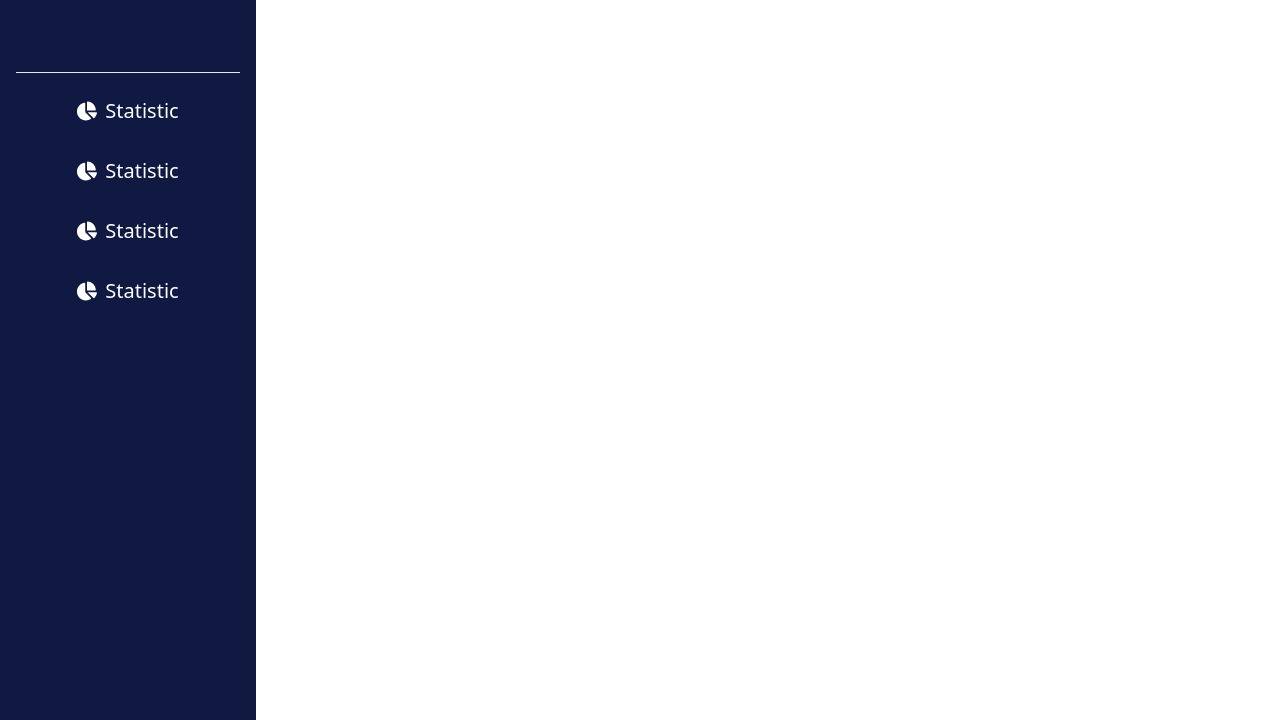
Repository: huynhvanngoan/COMP1640FE-Template
Page: /admin
The author's editor kept a copy of each file at every save. The page is drawn from the files as they stood at one save, then again after the next save.
The browser window is 1280 px wide. The pictures show the whole page.
The project was rebuilt for these pictures with package versions that can differ from the ones it lists, and the page was loaded fresh each time. Also part of the build but not shown: src/components/buttonStyles.js, src/pages/LoginPage.jsx, src/pages/admin/AdminDashboard.jsx, src/pages/student/StudentDashboard.jsx, src/pages/department/DepartmentDashboard.jsx, src/pages/marketing/MarketingDashboard.jsx, src/pages/guest/GuestDashboard.jsx.

Above is the page before, as saved 2024-03-24 00:59:03.

After the next save:
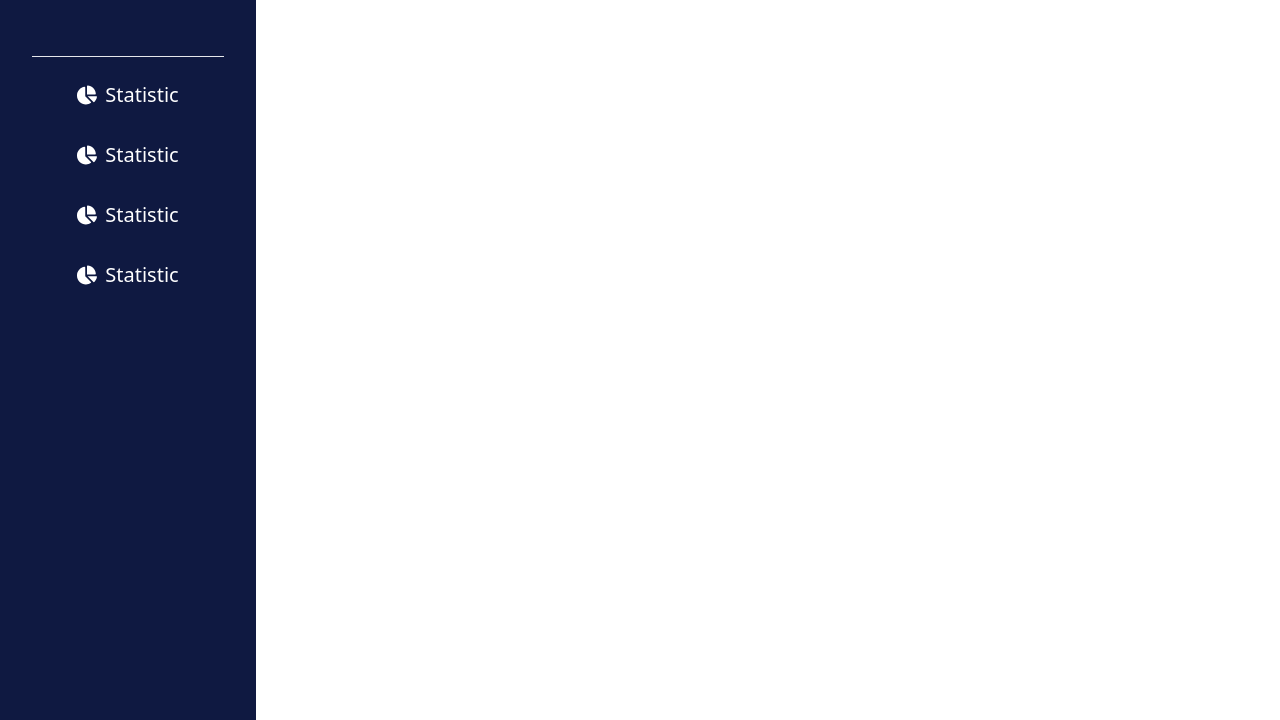
Saved 4 s later.
--- a/src/pages/admin/Sidebar.js
+++ b/src/pages/admin/Sidebar.js
@@ -6,7 +6,7 @@
   return (
     <div className='fixed left-0 top-0 w-64 h-full bg-[#0f1941] p-4 pt-14'>
         <div className='flex items-center'>
-          <ul className='mt-4  border-t pt-4 w-full'>
+          <ul className='mx-4  border-t pt-4 w-full'>
             <li className='mb-4'>
               <Link to="#" className='flex w-full rounded-md justify-center items-center space-x-2 text-white px-4 py-2 text-xl hover:bg-[#080e24] '>
                 <FaChartPie />

After the save that followed:
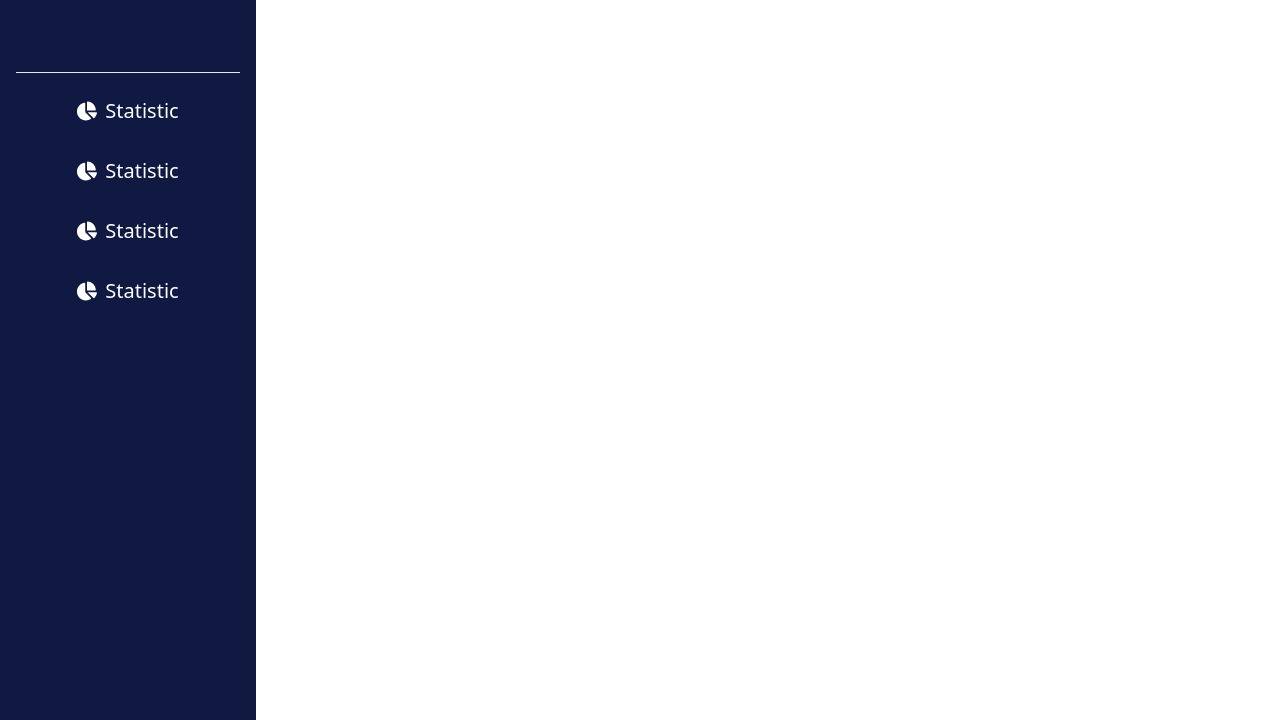
Saved 10 s later.
--- a/src/pages/admin/Sidebar.js
+++ b/src/pages/admin/Sidebar.js
@@ -6,7 +6,7 @@
   return (
     <div className='fixed left-0 top-0 w-64 h-full bg-[#0f1941] p-4 pt-14'>
         <div className='flex items-center'>
-          <ul className='mx-4  border-t pt-4 w-full'>
+          <ul className='my-4  border-t pt-4 w-full'>
             <li className='mb-4'>
               <Link to="#" className='flex w-full rounded-md justify-center items-center space-x-2 text-white px-4 py-2 text-xl hover:bg-[#080e24] '>
                 <FaChartPie />
